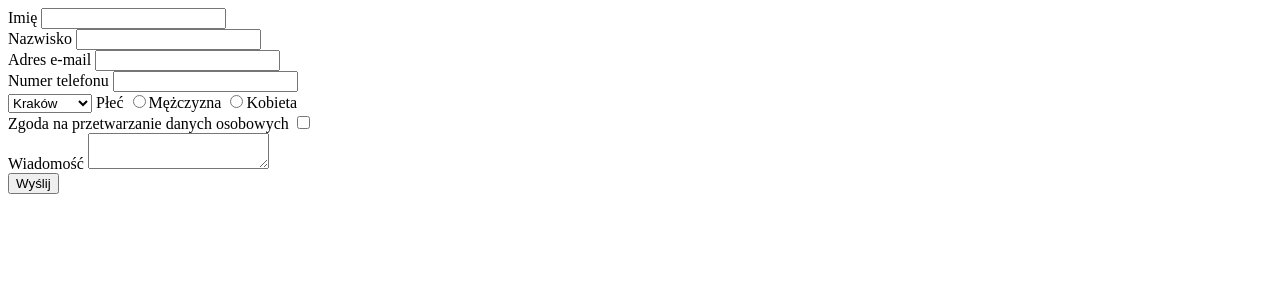
Repository: magdaf41/magdaf41.github.io
Page: zadania-domowe/HTML/zadanie_1/index.html
The author's editor kept a copy of each file at every save. The page is drawn from the files as they stood at one save, then again after the next save.
The browser window is 1280 px wide. The pictures show the whole page.

Above is the page before, as saved 2020-08-12 22:00:52.

After the next save:
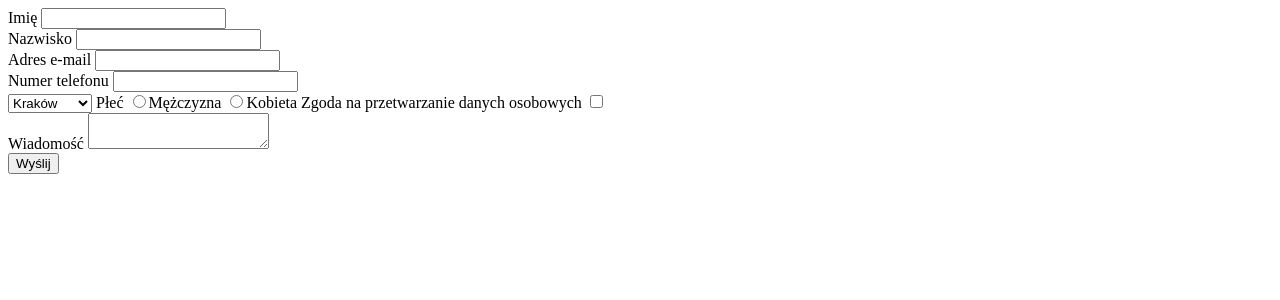
Saved 41 s later.
--- a/zadania-domowe/HTML/zadanie_1/index.html
+++ b/zadania-domowe/HTML/zadanie_1/index.html
@@ -29,8 +29,8 @@
         </select>
 
         <label for="sex">Płeć</label>
-        <input type="radio" name="sex" id="sex">Mężczyzna
-        <input type="radio" name="sex" id="sex">Kobieta<br>
+        <input type="radio" name="sex" id="sex1">Mężczyzna
+        <input type="radio" name="sex" id="sex2">Kobieta
 
         <label for="agreement">Zgoda na przetwarzanie danych osobowych</label>
         <input type="checkbox" name="agreement" id="agreement"><br>

After the 2 saves that followed:
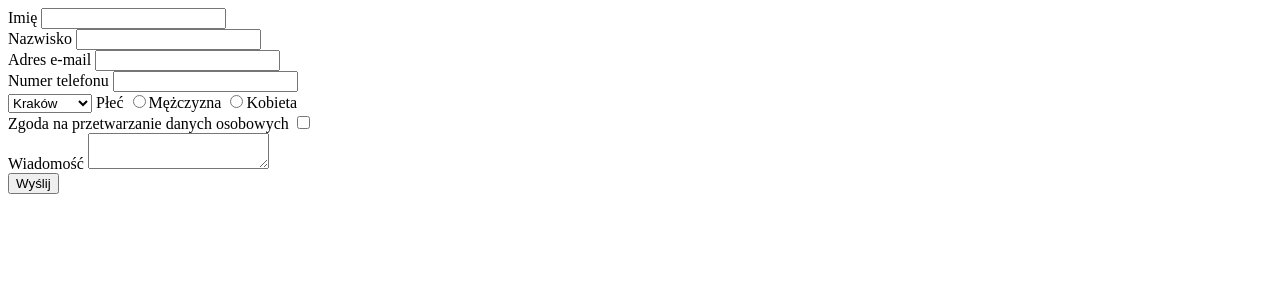
The 2 saves are shown as one change because 1 left the picture as it was.
The last was saved 95 s later.
--- a/zadania-domowe/HTML/zadanie_1/index.html
+++ b/zadania-domowe/HTML/zadanie_1/index.html
@@ -30,7 +30,7 @@
 
         <label for="sex">Płeć</label>
         <input type="radio" name="sex" id="sex1">Mężczyzna
-        <input type="radio" name="sex" id="sex2">Kobieta
+        <input type="radio" name="sex" id="sex2">Kobieta <br>
 
         <label for="agreement">Zgoda na przetwarzanie danych osobowych</label>
         <input type="checkbox" name="agreement" id="agreement"><br>
@@ -39,6 +39,10 @@
         <textarea name="message" id="message"></textarea><br>
 
         <input type="submit" value="Wyślij">
+
+    </form>
+
 </body>
 
+
 </html>
